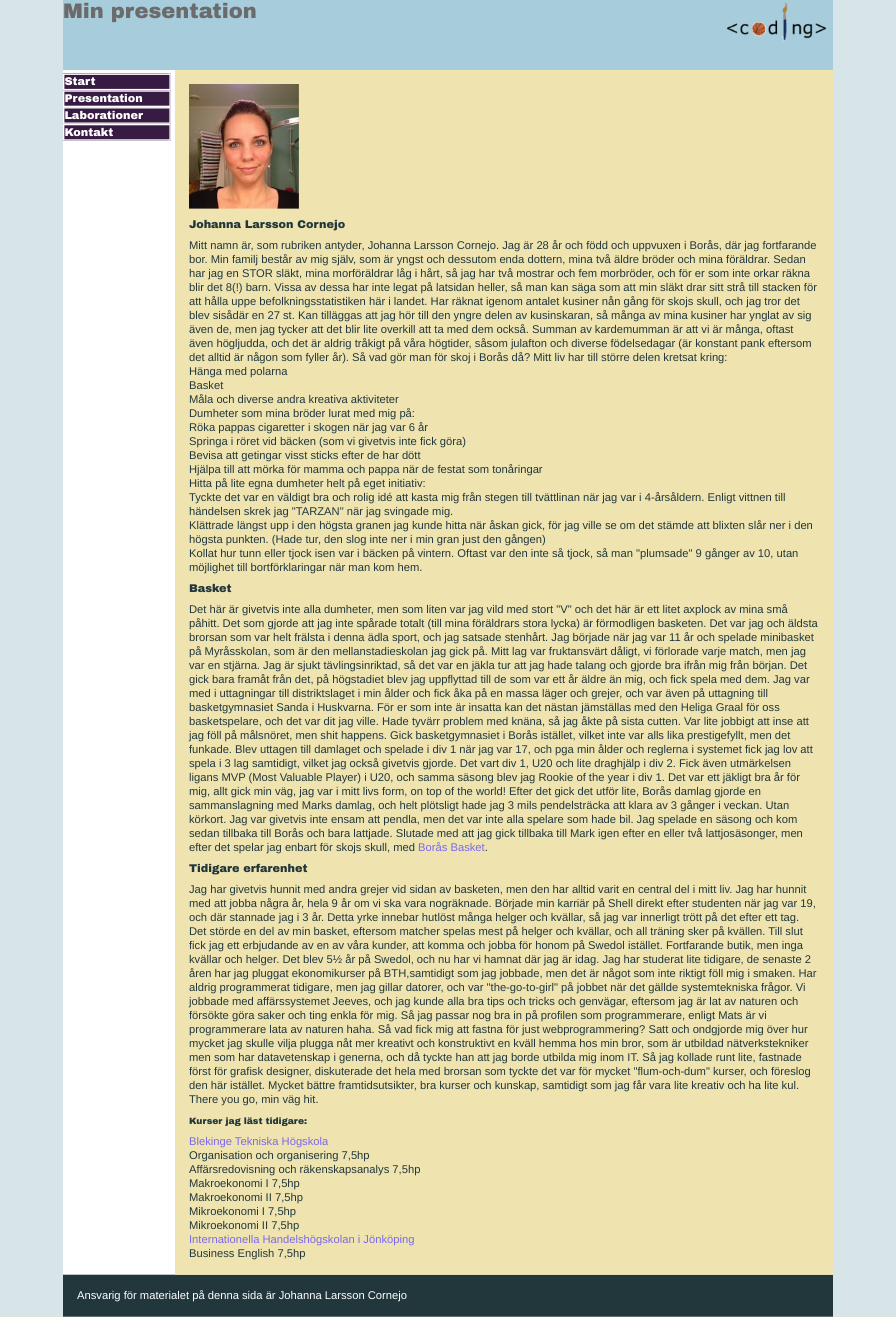
Repository: jc222fi/1ik415-laborationer
Page: pages/presentation.html
The author's editor kept a record of every edit. The page is drawn from the files as they stood at one moment, then again after the next edit.
The browser window is 1280 px wide. The pictures show the whole page, at 70% of full size.

Above is the page before.

### pages/presentation.html
<!doctype html>
<html>
    <head>
        <meta charset="utf-8" />
        <title>Presentation</title>
        <link rel="stylesheet" href="../css/style.css" />
    </head>
    <body>
    <div id="container">
        <div id="header">
            <header>
                <h1 id="presentation">Min presentation<img src="../pics/logo.png" alt="Logotyp" /></h1>
            </header>
        </div>
        <div id="nav">
            <ul>
                <li><a href="../index.html">Start</a></li>
                <li><a href="#presentation" class="active">Presentation</a></li>
                <li><a href="laborationer.html">Laborationer</a></li>
                <li><a href="kontakt.html">Kontakt</a></li>
            </ul>
        </div>
    <div id="content">
        <img src="../pics/jag.jpg" alt="Bild på Johanna" />
        <!-- inledande presentation-->
        <h2>Johanna Larsson Cornejo</h2>
        <p>Mitt namn är, som rubriken antyder, Johanna Larsson Cornejo.
        Jag är 28 år och född och uppvuxen i Borås, där jag fortfarande bor.
        Min familj består av mig själv, som är yngst och dessutom enda dottern,
        mina två äldre bröder och mina föräldrar. Sedan har jag en STOR släkt,
        mina morföräldrar låg i hårt, så jag har två mostrar och fem morbröder,
        och för er som inte orkar räkna blir det 8(!) barn. Vissa av dessa har
        inte legat på latsidan heller, så man kan säga som att min släkt drar
        sitt strå till stacken för att hålla uppe befolkningsstatistiken här i
        landet. Har räknat igenom antalet kusiner nån gång för skojs skull, och
        jag tror det blev sisådär en 27 st. Kan tilläggas att jag hör till den
        yngre delen av kusinskaran, så många av mina kusiner har ynglat av sig
        även de, men jag tycker att det blir lite overkill att ta med dem också.
        Summan av kardemumman är att vi är många, oftast även högljudda, och det är
        aldrig tråkigt på våra högtider, såsom julafton och diverse födelsedagar
        (är konstant pank eftersom det alltid är någon som fyller år). Så vad
        gör man för skoj i Borås då? Mitt liv har till större delen kretsat kring:


        </p>
        <ul>
            <li>Hänga med polarna</li>
            <li>Basket</li>
            <li>Måla och diverse andra kreativa aktiviteter</li>
            <li>Dumheter som mina bröder lurat med mig på:
                <ul>
                    <li>Röka pappas cigaretter i skogen när jag var 6 år</li>
                    <li>Springa i röret vid bäcken (som vi givetvis inte fick göra)</li>
                    <li>Bevisa att getingar visst sticks efter de har dött</li>
                    <li>Hjälpa till att mörka för mamma och pappa när de festat
                    som tonåringar</li>
                </ul>
            </li>
            <li>Hitta på lite egna dumheter helt på eget initiativ:
                <ul><li>Tyckte det var en väldigt bra och rolig idé att kasta mig
                    från stegen till tvättlinan när jag var i 4-årsåldern. Enligt
                    vittnen till händelsen skrek jag "TARZAN" när jag svingade mig.</li>
                    <li>Klättrade längst upp i den högsta granen jag kunde hitta när
                        åskan gick, för jag ville se om det stämde att blixten
                        slår ner i den högsta punkten. (Hade tur, den slog inte
                        ner i min gran just den gången)</li>
                    <li>Kollat hur tunn eller tjock isen var i bäcken på vintern.
                        Oftast var den inte så tjock, så man "plumsade" 9 gånger
                        av 10, utan möjlighet till bortförklaringar när man kom hem.</li>
                </ul>
            </li>

        </ul>
        <!-- mitt absolut största intresse-->
        <h2>Basket</h2>
        <p>Det här är givetvis inte alla dumheter, men som liten var jag vild med stort "V"
        och det här är ett litet axplock av mina små påhitt. Det som gjorde att jag inte spårade
        totalt (till mina föräldrars stora lycka) är förmodligen <b>basketen</b>.
        Det var jag och äldsta brorsan som var helt frälsta i denna ädla sport,
        och jag satsade stenhårt. Jag började när jag var 11 år och spelade minibasket
        på Myråsskolan, som är den mellanstadieskolan jag gick på. Mitt lag var
        fruktansvärt dåligt, vi förlorade varje match, men jag var en stjärna.
        Jag är sjukt tävlingsinriktad, så det var en jäkla tur att jag hade talang
        och gjorde bra ifrån mig från början. Det gick bara framåt från det, på
        högstadiet blev jag uppflyttad till de som var ett år äldre än mig, och
        fick spela med dem. Jag var med i uttagningar till distriktslaget i min
        ålder och fick åka på en massa läger och grejer, och var även på uttagning
        till basketgymnasiet Sanda i Huskvarna. För er som inte är insatta kan
        det nästan jämställas med den Heliga Graal för oss basketspelare, och det
        var dit jag ville. Hade tyvärr problem med knäna, så jag åkte på sista cutten.
        Var lite jobbigt att inse att jag föll på målsnöret, men shit happens.
        Gick basketgymnasiet i Borås istället, vilket inte var alls lika prestigefyllt,
        men det funkade. Blev uttagen till damlaget och spelade i div 1 när jag var 17, och pga
        min ålder och reglerna i systemet fick jag lov att spela i 3 lag samtidigt, vilket jag
        också givetvis gjorde. Det vart div 1, U20 och lite draghjälp i div 2.
        Fick även utmärkelsen ligans MVP (Most Valuable Player) i U20, och
        samma säsong blev jag Rookie of the year i div 1. Det var ett jäkligt bra år för mig,
        allt gick min väg, jag var i mitt livs form, on top of the world! Efter det gick det
        utför lite, Borås damlag gjorde en sammanslagning med Marks damlag, och helt plötsligt
        hade jag 3 mils pendelsträcka att klara av 3 gånger i veckan. Utan körkort.
        Jag var givetvis inte ensam att pendla, men det var inte alla spelare som hade bil.
        Jag spelade en säsong och kom sedan tillbaka till Borås och bara lattjade.
        Slutade med att jag gick tillbaka till Mark igen efter en eller två lattjosäsonger,
        men efter det spelar jag enbart för skojs skull, med <a href="http://borasbasket.se/">Borås Basket</a>.
        </p>

        <h2>Tidigare erfarenhet</h2>
        <p>Jag har givetvis hunnit med andra grejer vid sidan av basketen, men den har alltid
        varit en central del i mitt liv. Jag har hunnit med att jobba några år, hela 9 år
        om vi ska vara nogräknade. Började min karriär på Shell direkt efter studenten när jag
        var 19, och där stannade jag i 3 år. Detta yrke innebar hutlöst många helger och kvällar,
        så jag var innerligt trött på det efter ett tag. Det störde en del av min basket,
        eftersom matcher spelas mest på helger och kvällar, och all träning sker på kvällen.
        Till slut fick jag ett erbjudande av en av våra kunder, att komma och jobba för honom
        på Swedol istället. Fortfarande butik, men inga kvällar och helger. Det blev 5½ år på
        Swedol, och nu har vi hamnat där jag är idag. Jag har studerat lite tidigare, de senaste
        2 åren har jag pluggat ekonomikurser på BTH,samtidigt som jag jobbade, men det är något
        som inte riktigt föll mig i smaken. Har aldrig programmerat tidigare, men jag gillar
        datorer, och var "the-go-to-girl" på jobbet när det gällde systemtekniska frågor. Vi
        jobbade med affärssystemet Jeeves, och jag kunde alla bra tips och tricks och genvägar,
        eftersom jag är lat av naturen och försökte göra saker och ting enkla för mig. Så jag
        passar nog bra in på profilen som programmerare, enligt Mats är vi programmerare lata av
        naturen haha. Så vad fick mig att fastna för just webprogrammering? Satt och ondgjorde
        mig över hur mycket jag skulle vilja plugga nåt mer kreativt och konstruktivt en kväll
        hemma hos min bror, som är utbildad nätverkstekniker men som har datavetenskap i generna,
        och då tyckte han att jag borde utbilda mig inom IT. Så jag kollade runt lite, fastnade
        först för grafisk designer, diskuterade det hela med brorsan som tyckte det var för
        mycket "flum-och-dum" kurser, och föreslog den här istället. Mycket bättre framtidsutsikter,
        bra kurser och kunskap, samtidigt som jag får vara lite kreativ och ha lite kul.
        There you go, min väg hit.
        </p>
        <h4>Kurser jag läst tidigare: </h4>
        <dl>
                <dt><a href="http://www.bth.se/">Blekinge Tekniska Högskola</a></dt>
                    <dd>Organisation och organisering 7,5hp</dd>
                    <dd>Affärsredovisning och räkenskapsanalys 7,5hp</dd>
                    <dd>Makroekonomi I 7,5hp</dd>
                    <dd>Makroekonomi II 7,5hp</dd>
                    <dd>Mikroekonomi I 7,5hp</dd>
                    <dd>Mikroekonomi II 7,5hp</dd>
                <dt><a href="http://hj.se/jibs.html">Internationella Handelshögskolan i Jönköping</a></dt>
                    <dd>Business English 7,5hp</dd>
        </dl>
    </div>
        <div id="footer">
            <footer>
                <p>Ansvarig för materialet på denna sida är Johanna Larsson Cornejo</p>
            </footer>
        </div>
    </div>
    </body>
</html>

### css/style.css
/* http://meyerweb.com/eric/tools/css/reset/
   v2.0 | 20110126
   License: none (public domain)
*/

html, body, div, span, applet, object, iframe,
h1, h2, h3, h4, h5, h6, p, blockquote, pre,
a, abbr, acronym, address, big, cite, code,
del, dfn, em, img, ins, kbd, q, s, samp,
small, strike, strong, sub, sup, tt, var,
b, u, i, center,
dl, dt, dd, ol, ul, li,
fieldset, form, label, legend,
table, caption, tbody, tfoot, thead, tr, th, td,
article, aside, canvas, details, embed,
figure, figcaption, footer, header, hgroup,
menu, nav, output, ruby, section, summary,
time, mark, audio, video {
	margin: 0;
	padding: 0;
	border: 0;
	font-size: 100%;
	font: inherit;
	vertical-align: baseline;
}

/*Layout*/
#container{
	max-width:1100px;
	margin:0 auto;
}
#header{
	max-width:1098;
	height:100px;
}
#nav{
	float:left;
	width:150px;
	margin-top:5px;
}
#content{
	float:right;
	width:900px;
}
#footer{
	clear:both;
	padding:20px;
}

/*
Background body:#D7E4E8
Background container: #FFFFFF
Background header: #A7CDDC
Background nav: #381B43
Background content: #EFE4B0
Background footer:#22373C
Text colour: #22373C
*/

body{
	background-color:#D7E4E8;

}
#container{
	background-color:#FFFFFF;
}
#header{
	background-color:#A7CDDC;
}
	#header img{
		float:right;
		}
	h1{
		color:#6B6B6B;
		font-family:"Arial Black", Gadget, sans-serif;
		font-size:30px;
		padding-bottom:20px;
	}
#nav{
	background-color:#381B43;
}
	#nav a{
		display:block;
		width:150px;
		border:2px solid white;
		color:white;
	}
		#nav a:link{background-color:#381B43; text-decoration:none;}
		#nav a:visited{background-color:#7F7F7F;text-decoration:none;}
		#nav a:focus{background-color:white;text-decoration:underline;color:black;}
		#nav a:hover{background-color:white;text-decoration:underline;color:black;}
		.active{background-color:#22373C;text-decoration:none;}
		#nav li{
			font-family:"Arial Black", Gadget, sans-serif;
		}

#content{
	padding:20px;
	background-color:#EFE4B0;
	color:#22373C;
}
	h2, h4, legend{
		font-family:"Arial Black", Gadget, sans-serif;
		line-height:40px;
	}
	h4{
		font-size:small;
	}
	p, li, table, dl, form{
		font-family:"Helvetica", "Verdana", sans-serif;
		line-height:20px;
	}
	.post, p em{
		font-family:"Comic Sans MS", cursive, sans-serif;
	}
	p em{
		font-style:italic;
		color:#8B4513;
	}
	#content a:link{color:#7B68EE; text-decoration:none;}
	#content a:visited{color:#8B0000; text-decoration:none;}
	#content a:focus{color:#778899; text-decoration:underline;}
	#content a:hover{color:#778899; text-decoration:underline;}
	#content a:active{color:white; text-decoration:none;}

#footer{
	background-color:#22373C;
	color:#FFFFFF;
}


/* HTML5 display-role reset for older browsers */
article, aside, details, figcaption, figure,
footer, header, hgroup, menu, nav, section {
	display: block;
}
body {
	line-height: 1;
}
ol, ul {
	list-style: none;
}
blockquote, q {
	quotes: none;
}
blockquote:before, blockquote:after,
q:before, q:after {
	content: '';
	content: none;
}
table {
	border-collapse: collapse;
	border-spacing: 0;
}

After the next edit:
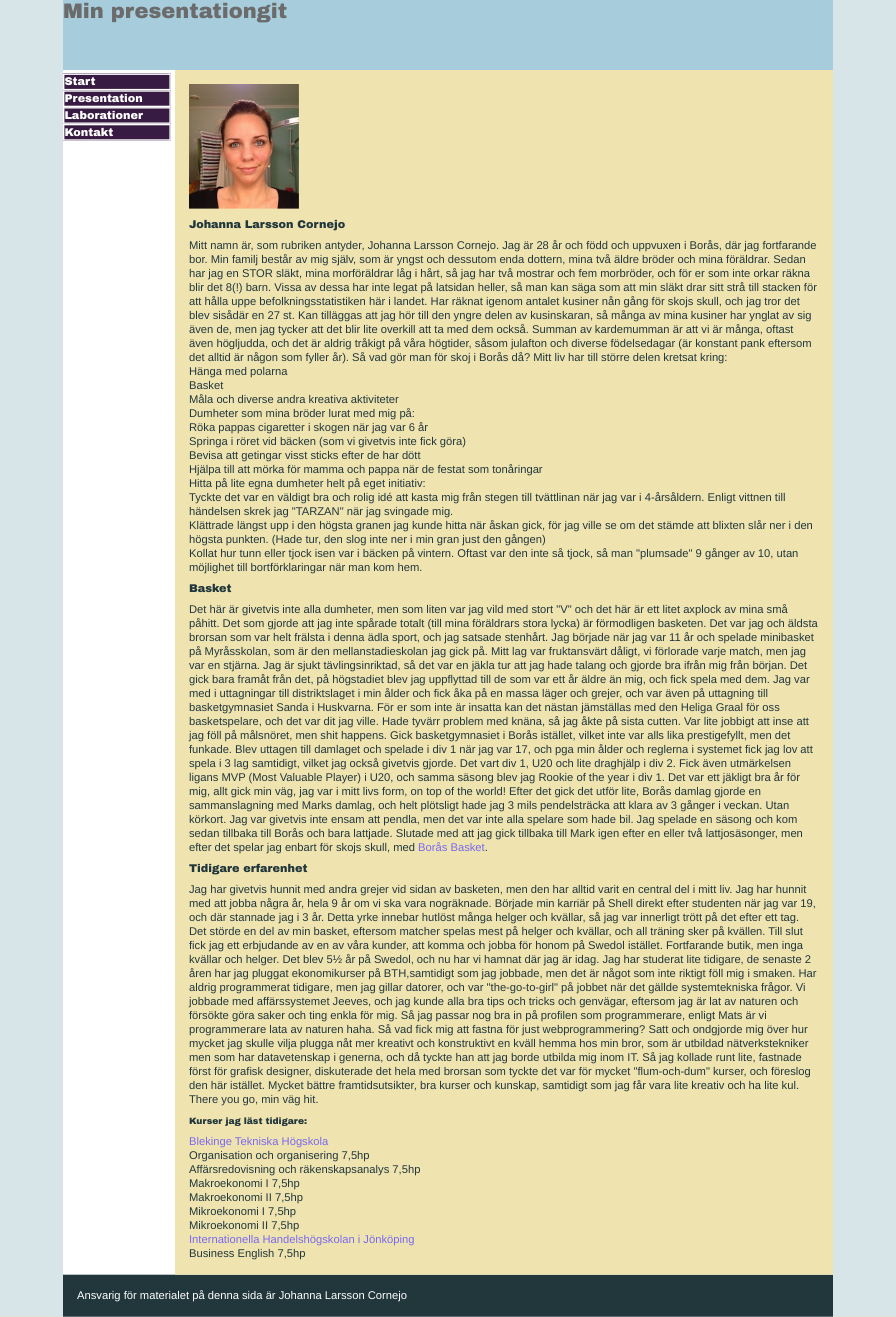
The edit:
--- a/pages/presentation.html
+++ b/pages/presentation.html
@@ -9,7 +9,7 @@
     <div id="container">
         <div id="header">
             <header>
-                <h1 id="presentation">Min presentation<img src="../pics/logo.png" alt="Logotyp" /></h1>
+                <h1 id="presentation">Min presentationgit</h1>
             </header>
         </div>
         <div id="nav">
